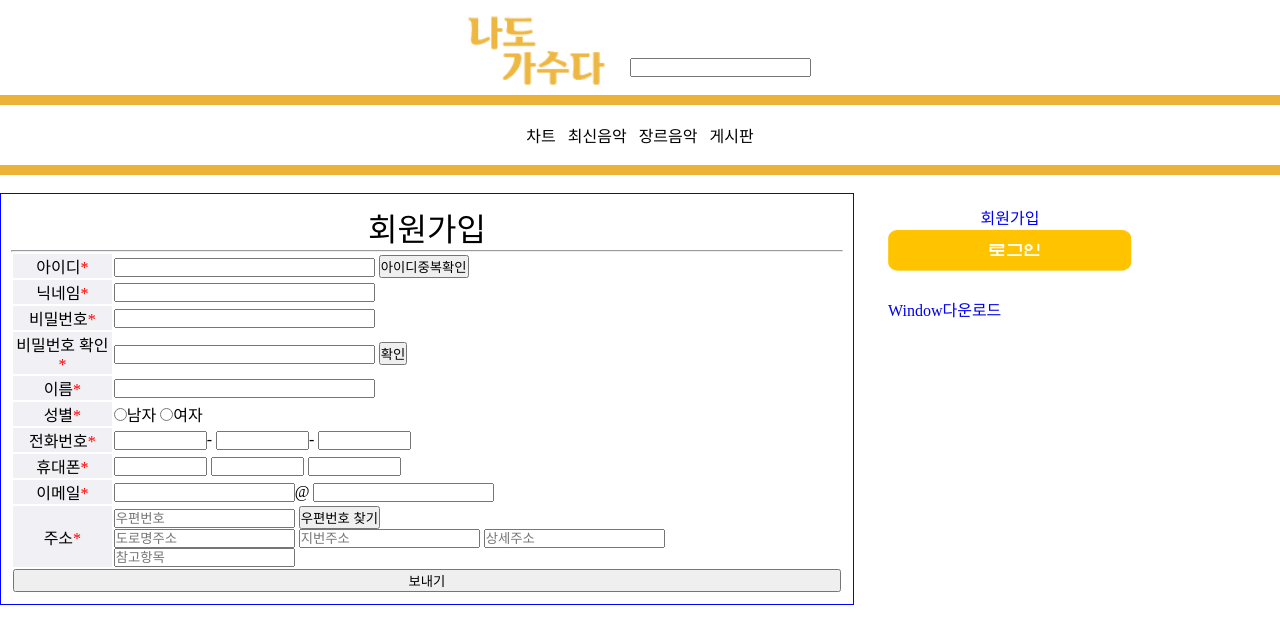
Repository: Ea-Bell/GraduationPortfolio
Page: http://localhost/WebTest/webTest/View/login/signUp.jsp
An editor plug-in stored every save of this project. The page is shown before and after the next save, followed by the edit.
The browser window is 1280 px wide. The pictures show the whole page.
The page is served by Tomcat 9. Nobody is signed in. The application's start-up code is not run. Other server files are loaded and not shown.

Above is the page before, as saved 2020-09-16 08:30:29.

### WEB_Server/WebTest/WebContent/webTest/View/login/signUp.jsp
<%@ page language="java" contentType="text/html; charset=UTF-8"
	pageEncoding="UTF-8"%>
<%@ taglib uri="http://java.sun.com/jsp/jstl/core" prefix="c"%>
<!DOCTYPE html>
<html>
<head>

<meta charset="UTF-8">
<title>회원가입</title>
<link rel="stylesheet" type="text/css" href="/webTest/Model/login/info.css" />
<link rel="stylesheet" type="text/css"
	href="/webTest/Model/mainForm/mainForm.css" />
<script type="text/javascript" src="/webTest/Model/mainForm/mainForm.js"></script>
</head>
<%-- 기본 기능 스크립트--%>
<script type="text/javascript" src="/webTest/Model/login/info.js"></script>

<%-- 다음 주소 스크립트--%>
<script
	src="https://t1.daumcdn.net/mapjsapi/bundle/postcode/prod/postcode.v2.js"></script>

<body>

<header>
	<div align="center">

		<form action="mainForm.jsp" method="post">
			<!-- 헤더 -->

				<a href="/index" style="background: white;">
					 <img src="/webTest/img/logo.png"
					 style="position: relative; top: 15px; left: 0px; width: 140px; width:140px"></a>
					  <input type="text" onclick=""
					style="position: relative; left: 20px;">
				&nbsp;&nbsp;&nbsp;&nbsp;&nbsp; <br>
				<br>

				<hr id="head_line" size="10px" color="#ECB237">

				<br> <a href="" onmouseover="TextMover()"
					onmouseout="TextMount()" id="nav" style="color: black;">차트</a>
				&nbsp; <a href="/webTest/View/fileUpLoad/fileList.jsp" onmouseover="TextMover2()"
					onmouseout="TextMount2()" id="nav2" style="color: black;">최신음악</a>
				&nbsp; <a href="" onmouseover="TextMover3()"
					onmouseout="TextMount3()" id="nav3" style="color: black;">장르음악</a>
						&nbsp; <a href="/webTest/article/list.jsp"  id="nav3" style="color: black;">게시판</a>
				<br>
				<br>
		</form>



	</div>
</header>
		<hr id="head_line" size="10px" color="#ECB237">
		<br>
	<!-- 콘텐츠 -->

	<div id="content"  style="border:1px solid blue; padding:10px; width: 65%;  float: left;" >


<form action="" name="join" method="post">
		<div align="center">
			<span> <font size="6px">회원가입</font>
			</span>
			<hr>
		</div>
		<div align="center">
			<table>
				<tr>
					<td align="center" id="iColor">아이디<span id="iSpan">*</span></td>
					<td><input type="text" size="30" name="id" value="${param.id}">
						<input type="submit" value="아이디중복확인" name="btn1" onclick="Btn(1)">
					</td>
				</tr>
				<tr>
					<td align="center" id="iColor">닉네임<span id="iSpan">*</span></td>
					<td><input type="text" size="30" name="nickname"> <c:if
							test="${errors.nickname }">닉네임을 입력하시오.</c:if></td>
				</tr>
				<tr>
					<td align="center" id="iColor">비밀번호<span id="iSpan">*</span></td>
					<td><input type="password" size="30" name="pw"> <c:if
							test="${errors.pw}}">암호를 입력하시오</c:if></td>
				</tr>
				<tr>
					<td align="center" id="iColor">비밀번호 확인<span id="iSpan">*</span></td>
					<td><input type="password" size="30"> <input type="submit"
						value="확인" name="confirmPw" onclick="Btn(3)"> <c:if
							test="${errors.confirmPw}">암호를 입력하시오.</c:if></td>
				</tr>
				<tr>
					<td align="center" id="iColor">이름<span id="iSpan">*</span></td>
					<td><input type="text" size="30" name="name"
						value="${param.name}"> <c:if test="${errors.name} }"></c:if>
					</td>
				</tr>

							<!-- 성별에서 디비 오류남 -->
				<tr>
					<td align="center" id="iColor">성별<span id="iSpan">*</span></td>
					<td><input type="radio" name="gender" value="남">남자 <input
						type="radio" name="gender" value="여">여자 <c:if
							test="${errors.gender}">성별을 클릭하시오.</c:if></td>
				</tr>
				<tr>
					<td align="center" id="iColor">전화번호<span id="iSpan">*</span></td>
					<td><input type="text" size="9" name="tel1">- <input
						type="text" size="9" name="tel2">- <input type="text"
						size="9" name="tel3"> <c:if test="${errors.tel }">전화번호를 입력하시오</c:if>
					</td>
				</tr>
				<tr>
					<td align="center" id="iColor">휴대폰<span id="iSpan">*</span></td>
					<td><input type="text" size="9" name="phone1"> <input
						type="text" size="9" name="phone2"> <input type="text"
						size="9" name="phone3"> <c:if test="${errors.phone}">번호를 입력하시오</c:if>
					</td>
				</tr>
				<tr>
					<td align="center" id="iColor">이메일<span id="iSpan">*</span></td>


			<td>
			<input type="text" name ="email1">@
			<input type="text" name ="email2">

			</td>
				<%-- 테스트 해야한다
<!-- 이메일  오류 있으니 이메일 체인지 찾아서 수정해서 완료할것(완료시 주석 삭제 요청함) -->

					<td>

						<input type="text" name="email1" onfocus="this.value='';"> @
						<input type="text" name="email2" value="" disabled>
						 <select name="email1" onchange="email_change()">
							<!--     <option value="0" >선택하세요</option> -->
							<option id="email2" value="9">직접입력</option>

							<option value="naver.com">naver.com</option>

							<option value="nate.com">nate.com</option>
					</select> <!-- 이메일끝 요기서 이메일 텍스트 부분을 3가지로 나눠서 생각하시오 --> <c:if
							test="errors.email">이메일을 입력하시오</c:if>
					</td>

					 --%>
				</tr>
				<tr>
					<td align="center" id="iColor">주소<span id="iSpan">*</span></td>

					<td><input type="text" id="sample4_postcode" name="addr1"
						placeholder="우편번호"> <input type="button"
						onclick="sample4_execDaumPostcode()" value="우편번호 찾기"><br>

						<input type="text" id="sample4_roadAddress" name="addr2"
						placeholder="도로명주소"> <input type="text"
						id="sample4_jibunAddress" name="addr3" placeholder="지번주소">

						<span id="guide" style="color: #999; display: none"></span> <input
						type="text" id="sample4_detailAddress" name="addr4"
						placeholder="상세주소"> <input type="text"
						id="sample4_extraAddress" name="addr5" placeholder="참고항목">
						<c:if test="errors.addr">주소를 입력하시오</c:if></td>
				</tr>
				<tr >
					<td colspan="2" align="center" ><input  style="width: 100%" type="submit" value="보내기" name="btn2"
						onclick="Btn(2)" ></td>
				</tr>
			</table>
		</div>
	</form>
	</div>



	<div style="padding:10px; width: 30%; float: right;">
		<aside id="main_aside">

			<table border="0">
				<tr>
					<td><c:if test="${empty authUser }">
							<div align="center"><a href=""></a> <a href="/webTest/login/signUp.jsp">회원가입</a></div>
							<a href="/webTest/login/login.jsp" ><img alt="" src="/webTest/img/login/login.png" style="height: 42px; width: 244px;"></a>
							<br>

						</c:if> <c:if test="${!empty authUser}">
				${authUser.nickname}님, 안녕하세요.<br />
							<a href="/LogoutHandler">[로그아웃하기]</a>
							<a href="changePwdForm.jsp">[암호변경하기]</a>
									&nbsp;&nbsp;&nbsp;&nbsp;&nbsp;&nbsp;&nbsp;&nbsp;&nbsp;&nbsp;<a href="/webTest/list/newMusicForm.jsp">[마이페이지]</a>
						</c:if></td>
				</tr>
			</table>

			<br>
			<table border="0">
				<tr>

					<td>
				<a href="/webTest/나는가수다.msi" download=>Window다운로드</a>
					</td>

				</tr>
			</table>

		</aside>
		</div>



	<!-- 바텀 -->
	<div align="center">



	</div>

</body>
</html>

### WEB_Server/WebTest/WebContent/webTest/Model/login/info.css
@charset "UTF-8";

#iColor
{
	background-color: #f0f0f5;
}
#iSpan
{
	color: red;
	align-content: center;
}

### WEB_Server/WebTest/WebContent/webTest/Model/mainForm/mainForm.css
@charset "UTF-8";
body{
	position: relative;
}

*{ margin:0; padding :0;}

img{border: 0; width:16px ; height: 16 px;}


#content{
	/* 중앙 정렬*/
	width: 960px;

	/* 수평 레이아웃 구성 */
	overflow: hidden;
}
#content > #main_section
{
	width: 650px;
	float: left;			/* 왼쪽에 붙입니다*/
}

#content > #main_aside{
	height:30%;
	width : 25%;
	float: right;           /*오른쪽에 붙입니다.*/
	margin-bottom: 20px;
	padding: 10px;

	color: #ff8000;


}



#content > #main_bside{

	width : 30%;
	height:0%;
	float: left;           /*왼쪽에 붙입니다.*/
	margin-bottom: 20px;
	padding: 10px;


}
#content > #main_cside{
	width :70%;
	height: 0%;
	float: none;           /*가운데에 붙입니다.*/
	margin-bottom: 20px;
	padding: 10px;
	border: 1px solid #e4e4e4;
	color: #ff8000;
	background-color:ff8000;
}

#textcolor{
	border: 1px solid #e4e4e4;
	color: #ff8000;
	background-color:ff8000;
}

#hr
{

}
#nav
{
	 font-family: ""
}
#winFont{
	font-family: "돋음";
	color: #1A1A1A;
}
a {
  text-decoration: none;
}

### WEB_Server/WebTest/WebContent/webTest/Model/mainForm/mainForm.js
/**
 *
 */

//문자나 이미지가 밖으로 나갔을경우
function TextMover() {
	var dama = document.getElementById('nav');
	dama.style.color="Red";
}
function ImgMover() {

}
function TextMover2() {
	var dama = document.getElementById('nav2');
	dama.style.color="Red";
}
function TextMover3() {
	var dama = document.getElementById('nav3');
	dama.style.color="Red";
}
//문자나 이미지가 밖으로 갔을경우
function TextMount() {
	var dama = document.getElementById('nav');
	dama.style.color="Black";
}
function TextMount2() {
	var dama = document.getElementById('nav2');
	dama.style.color="Black";
}
function TextMount3() {
	var dama = document.getElementById('nav3');
	dama.style.color="Black";
}
function ImgMount() {

}

### WEB_Server/WebTest/WebContent/webTest/Model/login/info.js
/**
 *
 */




function email_change(){

/*
if(document.join.email.options[document.join.email.selectedIndex].value == '0'){

 document.join.email2.disabled = true;

 document.join.email2.value = " ";
 dovument.join.email2.text = "";
}
*/



}
	function pwErrorCheck(){
	    var pw = document.join.wUserPW.value;
	    //var confirmPW = document.join.wUserPWConfirm.value;
	    if (pw.length < 6 || pw.length > 16) {
	        window.alert('비밀번호는 6글자 이상, 16글자 이하만 이용 가능합니다.');
	        document.join.pw.value =""
	        document.join.pwCheck.value="";
	        document.join.pw.focus();
	    }
	}


	function isSame(){
		var pw = document.join.pw.value;
	    var confirmPW = document.join.confirmPW.value;
		if(pw !="" && confirmPW!="") {
	        if(pw == confirmPW) {
	        	  document.getElementById('check').innerHTML='비밀번호가 일치합니다.'
	              document.getElementById('check').style.color='blue';
	        }
	        else {
	        	document.getElementById('check').innerHTML='비밀번호가 일치하지 않습니다.';
	            document.getElementById('check').style.color='red';
	        }
	    }
	}




function SetEmailTail(emailValue) {
	  if ( emailValue == "notSelected" ){
		  document.join.email2.readOnly = true;
		  document.join.email2.value = "";
	  }
	  else if ( emailValue == "etc" ) {
		  document.join.email2.readOnly = false;
		  document.join.email2.value = "";
	  } else {
		  document.join.email2.readOnly = true;
		  document.join.email2.value = emailValue;
	  }
}


function Btn(index){

	if(index ==1){
		document.join.method="post"
		document.join.action="../../test/test1.jsp";

	}
	else if(index==2)
		{
		document.join.method="post"
			document.join.action="/WebTest/Servlet";
		}
	else if(index ==3)
		{document.join.method="post"
		document.join.action="../../test/test3.jsp";
		}
	document.join.submit();
}



//본 예제에서는 도로명 주소 표기 방식에 대한 법령에 따라, 내려오는 데이터를 조합하여 올바른 주소를 구성하는 방법을 설명합니다.
function sample4_execDaumPostcode() {
    new daum.Postcode({
        oncomplete: function(data) {
            // 팝업에서 검색결과 항목을 클릭했을때 실행할 코드를 작성하는 부분.

            // 도로명 주소의 노출 규칙에 따라 주소를 표시한다.
            // 내려오는 변수가 값이 없는 경우엔 공백('')값을 가지므로, 이를 참고하여 분기 한다.
            var roadAddr = data.roadAddress; // 도로명 주소 변수
            var extraRoadAddr = ''; // 참고 항목 변수

            // 법정동명이 있을 경우 추가한다. (법정리는 제외)
            // 법정동의 경우 마지막 문자가 "동/로/가"로 끝난다.
            if(data.bname !== '' && /[동|로|가]$/g.test(data.bname)){
                extraRoadAddr += data.bname;
            }
            // 건물명이 있고, 공동주택일 경우 추가한다.
            if(data.buildingName !== '' && data.apartment === 'Y'){
               extraRoadAddr += (extraRoadAddr !== '' ? ', ' + data.buildingName : data.buildingName);
            }
            // 표시할 참고항목이 있을 경우, 괄호까지 추가한 최종 문자열을 만든다.
            if(extraRoadAddr !== ''){
                extraRoadAddr = ' (' + extraRoadAddr + ')';
            }

            // 우편번호와 주소 정보를 해당 필드에 넣는다.
            document.getElementById('sample4_postcode').value = data.zonecode;
            document.getElementById("sample4_roadAddress").value = roadAddr;
            document.getElementById("sample4_jibunAddress").value = data.jibunAddress;

            // 참고항목 문자열이 있을 경우 해당 필드에 넣는다.
            if(roadAddr !== ''){
                document.getElementById("sample4_extraAddress").value = extraRoadAddr;
            } else {
                document.getElementById("sample4_extraAddress").value = '';
            }

            var guideTextBox = document.getElementById("guide");
            // 사용자가 '선택 안함'을 클릭한 경우, 예상 주소라는 표시를 해준다.
            if(data.autoRoadAddress) {
                var expRoadAddr = data.autoRoadAddress + extraRoadAddr;
                guideTextBox.innerHTML = '(예상 도로명 주소 : ' + expRoadAddr + ')';
                guideTextBox.style.display = 'block';

            } else if(data.autoJibunAddress) {
                var expJibunAddr = data.autoJibunAddress;
                guideTextBox.innerHTML = '(예상 지번 주소 : ' + expJibunAddr + ')';
                guideTextBox.style.display = 'block';
            } else {
                guideTextBox.innerHTML = '';
                guideTextBox.style.display = 'none';
            }
        }
    }).open();
}

After the next save:
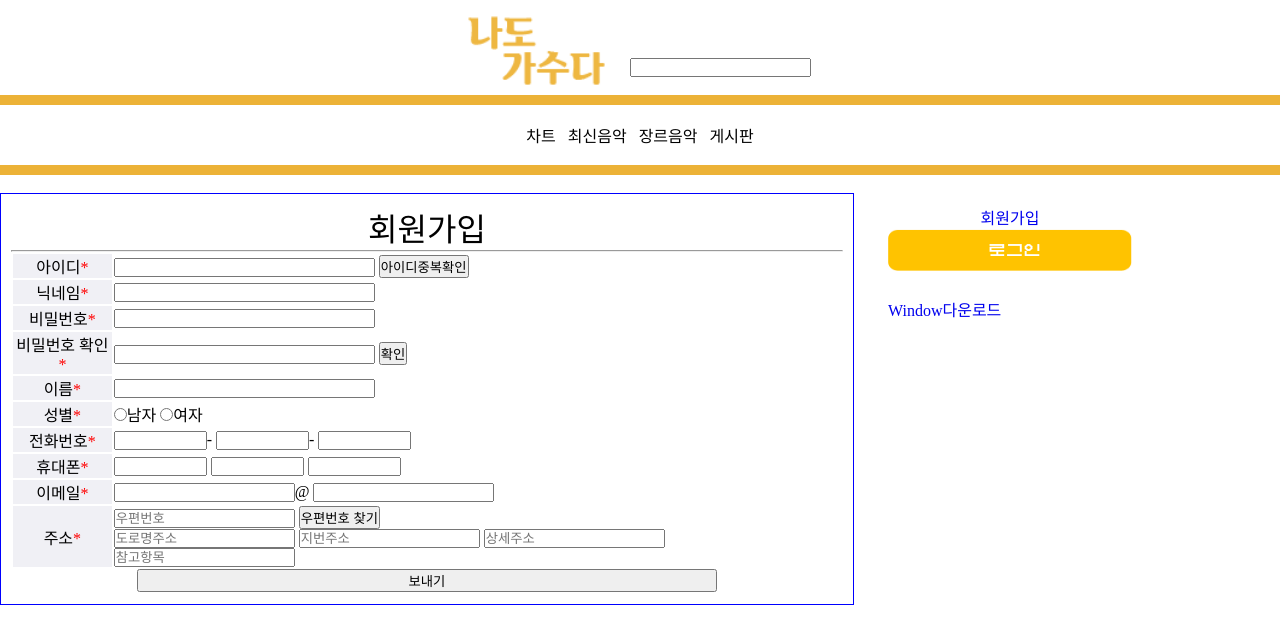
Saved 8 s later.
--- a/WEB_Server/WebTest/WebContent/webTest/View/login/signUp.jsp
+++ b/WEB_Server/WebTest/WebContent/webTest/View/login/signUp.jsp
@@ -164,7 +164,7 @@
 						<c:if test="errors.addr">주소를 입력하시오</c:if></td>
 				</tr>
 				<tr >
-					<td colspan="2" align="center" ><input  style="width: 100%" type="submit" value="보내기" name="btn2"
+					<td colspan="2" align="center" ><input  style="width: 70%" type="submit" value="보내기" name="btn2"
 						onclick="Btn(2)" ></td>
 				</tr>
 			</table>
